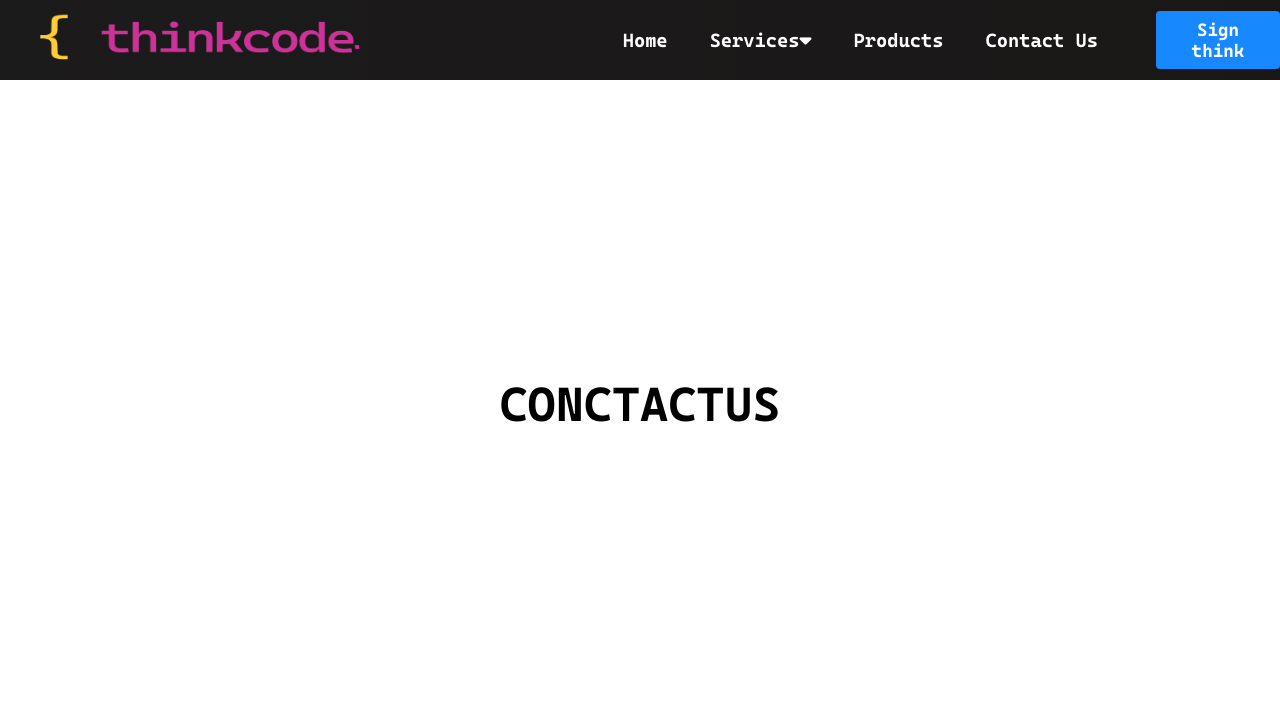
Repository: banchiec/thinkcode
Page: /contact-us
The author's editor kept a copy of each file at every save. The page is drawn from the files as they stood at one save, then again after the next save.
The browser window is 1280 px wide. The pictures show the whole page.
Some web libraries are served in a nearby version. The project was rebuilt for these pictures with package versions that can differ from the ones it lists, and the page was loaded fresh each time. A package was used in the major version that the imports need, not the one package.json lists. Also part of the build but not shown: src/components/MenuItems.js, src/components/Dropdownthink.css, src/components/Dropdownthink.js, src/components/pages/Consulting.js, src/components/pages/Home.js, src/components/pages/Marketing.js, src/components/pages/Products.js, src/components/pages/Services.js and 1 more.

Above is the page before, as saved 2020-11-25 13:47:58.

### public/index.html
<!DOCTYPE html>
<html lang="en">
  <head>
    <meta charset="utf-8" />
    <link rel="icon" href="%PUBLIC_URL%/favicon.ico" />
    <meta name="viewport" content="width=device-width, initial-scale=1" />
    <meta name="theme-color" content="#000000" />
    <meta
      name="description"
      content="Web site created using create-react-app"
    />
    <link rel="apple-touch-icon" href="%PUBLIC_URL%/logo192.png" />
    <script src="https://kit.fontawesome.com/e7a02c1b14.js" crossorigin="anonymous"></script>
    <!--
      manifest.json provides metadata used when your web app is installed on a
      user's mobile device or desktop. See https://developers.google.com/web/fundamentals/web-app-manifest/
    -->
    <link rel="manifest" href="%PUBLIC_URL%/manifest.json" />
    <!--
      Notice the use of %PUBLIC_URL% in the tags above.
      It will be replaced with the URL of the `public` folder during the build.
      Only files inside the `public` folder can be referenced from the HTML.

      Unlike "/favicon.ico" or "favicon.ico", "%PUBLIC_URL%/favicon.ico" will
      work correctly both with client-side routing and a non-root public URL.
      Learn how to configure a non-root public URL by running `npm run build`.
    -->
    <title>React App</title>
  </head>
  <body>
    <noscript>You need to enable JavaScript to run this app.</noscript>
    <div id="root"></div>
    <!--
      This HTML file is a template.
      If you open it directly in the browser, you will see an empty page.

      You can add webfonts, meta tags, or analytics to this file.
      The build step will place the bundled scripts into the <body> tag.

      To begin the development, run `npm start` or `yarn start`.
      To create a production bundle, use `npm run build` or `yarn build`.
    -->


  </body>
</html>

### src/index.css
body {
  margin: 0;
  font-family: -apple-system, BlinkMacSystemFont, 'Segoe UI', 'Roboto', 'Oxygen',
    'Ubuntu', 'Cantarell', 'Fira Sans', 'Droid Sans', 'Helvetica Neue',
    sans-serif;
  -webkit-font-smoothing: antialiased;
  -moz-osx-font-smoothing: grayscale;
}

code {
  font-family: source-code-pro, Menlo, Monaco, Consolas, 'Courier New',
    monospace;
}
@font-face{
  font-family: 'CascadiaCode-Bold';
  src: local('CascadiaCode-Bold'), url(./fonts/CascadiaCode-Bold.ttf)
}

### src/App.js
import './App.css';
// import logo_thinkcode from './logo_thinkcode.png'
import React, {useState} from 'react'
import Navbarthink from './components/Navbarthink'
import {BrowserRouter as Router, Switch, Route} from 'react-router-dom'

// import Button  from 'react-bootstrap/Button'
// import 'bootstrap/dist/css/bootstrap.min.css'

// import {Navbar,Button, Nav , NavLink} from 'react-bootstrap'

import Consulting from './components/pages/Consulting'
import ContactUs from './components/pages/ContactUs'
import Home from './components/pages/Home'
import Marketing from './components/pages/Marketing'
import Products from './components/pages/Products'
import Services from './components/pages/Services'
import SignUp from './components/pages/SignUp'

function App() {

  const [click, setClick] = useState(false)
  const [dropdown, setDropdown] = useState(false)




  return (
    <div className="App">
      <Router>
        <Navbarthink/>
        <Switch>
          <Route path='/consulting' exact component ={Consulting}></Route>
          <Route path='/contact-us' exact component ={ContactUs}></Route>
          <Route path='/' exact component ={Home}></Route>
          <Route path='/marketing' exact component ={Marketing}></Route>
          <Route path='/products' exact component ={Products}></Route>
          <Route path='/services' exact component ={Services}></Route>
          <Route path='/sign-up' exact component ={SignUp}></Route>
        </Switch>
      </Router>

      {/* <Navbar className="navbar_thinkcode "  expand="lg">
        <Navbar.Brand href ="#home">
          <img
            alt=""
            src={logo_thinkcode}
            className="d-inline-block align-top ml-4"
            width="320"
            height="50"
          />
        </Navbar.Brand>
        <Navbar.Toggle aria-controls="responsive-navbar-nav" ></Navbar.Toggle>

        <Navbar.Collapse id="responsive-navbar-nav" className="ml-5 ">
          <Nav className="collapse navbar-collapse">
            <NavLink className="enlace_navbar ">Páginas web</NavLink>
            <NavLink className="enlace_navbar">Desarrollo a medida</NavLink>
            <NavLink className="enlace_navbar">Portafolio</NavLink>
            <NavLink className="enlace_navbar">Contacto</NavLink>
          </Nav>
        </Navbar.Collapse>
        <Button variant="success">¿Hablamos?</Button>
      </Navbar> */}

      {/* <header className="App-header">
        <h1>thinkcode</h1>
        <Button>send up</Button>
      </header> */}
    </div>
  );
}

export default App;

### src/App.css
*{
  box-sizing: border-box;
  margin: 0;
  padding: 0;
  font-family: CascadiaCode-Bold;
}
.App {
  text-align: center;
}

.App-logo {
  height: 40vmin;
  pointer-events: none;
}

.home, .services, .products,.contact-us,.sign-up, .marketing, .consulting{
  display: flex;
  height: 90vh;
  align-items: center;
  justify-content: center;
  font-size: 3rem;
}





@media (prefers-reduced-motion: no-preference) {
  .App-logo {
    animation: App-logo-spin infinite 20s linear;
  }
}

.App-header {
  background-color: #282c34;
  min-height: 100vh;
  display: flex;
  flex-direction: column;
  align-items: center;
  justify-content: center;
  font-size: calc(10px + 2vmin);
  color: white;
}

.App-link {
  color: #61dafb;
}

@keyframes App-logo-spin {
  from {
    transform: rotate(0deg);
  }
  to {
    transform: rotate(360deg);
  }
}

### src/components/Navbarthink.js
import React, { useState} from 'react'
import logo_thinkcode from '../images/logo_thinkcode.png'
// import logo_thinkcode from '../images/logo_thinkcode.png'
import { Buttonthink} from './Buttonthink'
import {Link} from 'react-router-dom'
import './Navbarthink.css'
import Dropdownthink from './Dropdownthink'

export default function Navbarthink(){
    const [click, setClick] = useState(false)
    const [dropdown, setDropdown] = useState(false)

    const handleClick = () => setClick(!click)
    const closeMobileMenu = () => setClick(false)

    const onMouseEnter = () =>{
        if(window.innerWidth < 960) {
        setDropdown(false)
        } else {
        setDropdown(true)
        }
    }
    const onMouseLeave = () =>{
        if(window.innerWidth < 960) {
        setDropdown(false)
        } else {
        setDropdown(false)
        }
    }

    return(
        <>
            <nav className="navbarthink">
                <Link to='/' className="navbar-logo">
                    {/* thinkcode */}
                    <img alt="" src={logo_thinkcode} width="320" height="50"></img>
                </Link>
                <div className='menu-icon' onClick={handleClick}>
                    <i className={click ? 'fas fa-times' : 'fas fa-bars'}
                    />
                </div>
                <ul className={ click ? 'nav-menu active' : 'nav-menu'}>

                    <li className='nav-item'>
                        <Link to='/' className='nav-links' onClick={closeMobileMenu}>
                            Home
                        </Link>
                    </li>
                    <li className='nav-item'
                        onMouseEnter={onMouseEnter}
                        onMouseLeave={onMouseLeave}
                        // onClick={handleClick}
                        >
                        <Link to='/services' className='nav-links' onClick={closeMobileMenu}>
                           Services
                           <i className='fas fa-caret-down' />
                        </Link>
                        {dropdown && <Dropdownthink/>}
                    </li>
                    <li className='nav-item'>
                        <Link to='/products' className='nav-links' onClick={closeMobileMenu}>
                            Products
                        </Link>
                    </li>
                    <li className='nav-item'>
                        <Link to='/contact-us' className='nav-links' onClick={closeMobileMenu}>
                           Contact Us
                        </Link>
                    </li>
                    <li className='nav-item'>
                        <Link to='/sign-up' className='nav-links-mobile' onClick={closeMobileMenu}>
                           Sign up
                        </Link>
                    </li>

                </ul>
                <Buttonthink/>
            </nav>
        </>
    )

}

### src/components/pages/ContactUs.js
import React from 'react'

export default function ContactUs() {
    return (
        <div>
           <h1 className='consulting'>CONCTACTUS</h1>
        </div>
    )
}

### src/components/Buttonthink.js
import React  from 'react'
import './Buttonthink.css'
import {Link} from 'react-router-dom'

export function Buttonthink() {
        return (
            <Link to ='sing-up'>
               <button className='btnthink'>Sign think </button>
            </Link>
        )
}

### src/components/Navbarthink.css
.navbarthink{
  background: linear-gradient(90deg, rgb(28, 27, 27) 0%, rgb(26, 23, 23) 100%);
  height: 80px;
  display: flex;
  justify-content: center;
  align-items: center;
  font-size: 1.2rem;
}

.navbar-logo {
  color: #fff;
  justify-self: start;
  margin-left: 40px;
  cursor: pointer;
  text-decoration: none;
}

.fa-firstdraft {
  margin-left: 0.5rem;
  font-size: 1.6rem;
}

.nav-menu {
  display: grid;
  grid-template-columns: repeat(5, auto);
  grid-gap: 10px;
  list-style: none;
  text-align: center;
  width: 70vw;
  justify-content: end;
  margin-right: 2rem;
}

.nav-item {
  display: flex;
  align-items: center;
  height: 80px;
}

.nav-links {
  color: white;
  text-decoration: none;
  padding: 0.5rem 1rem;
}

.nav-links:hover {
  background-color: #1888ff;
  border-radius: 4px;
  transition: all 0.2s ease-out;
}

.fa-bars {
  color: #fff;
}

.nav-links-mobile {
  display: none;
}

.menu-icon {
  display: none;
}

@media screen and (max-width: 960px) {
  .NavbarItems {
    position: relative;
  }

  .nav-menu {
    display: flex;
    flex-direction: column;
    width: 100%;
    height: 90vh;
    position: absolute;
    top: 80px;
    left: -100%;
    opacity: 1;
    transition: all 0.5s ease;
  }

  .nav-menu.active {
    background: #242222;
    left: 0;
    opacity: 1;
    transition: all 0.5s ease;
    z-index: 1;
  }

  .nav-links {
    text-align: center;
    padding: 2rem;
    width: 100%;
    display: table;
  }

  .nav-links:hover {
    background-color: #1888ff;
    border-radius: 0;
  }

  .navbar-logo {
    position: absolute;
    top: 0;
    left: 0;
    transform: translate(25%, 50%);
  }

  .menu-icon {
    display: block;
    position: absolute;
    top: 0;
    right: 0;
    transform: translate(-100%, 60%);
    font-size: 1.8rem;
    cursor: pointer;
  }

  .fa-times {
    color: #fff;
    font-size: 2rem;
  }

  .nav-links-mobile {
    display: block;
    text-align: center;
    padding: 1.5rem;
    margin: 2rem auto;
    border-radius: 4px;
    width: 80%;
    background: #1888ff;
    text-decoration: none;
    color: #fff;
    font-size: 1.5rem;
  }

  .nav-links-mobile:hover {
    background: #fff;
    color: #1888ff;
    transition: 250ms;
  }

  button {
    display: none;
  }
}

### src/components/Buttonthink.css
:root{
    --primary: #1888ff;
}
.btnthink{
    padding: 8px 20px;
    border-radius: 4px;
    outline: none;
    border: none;
    font-size: 18px;
    color: #fff;
    cursor: pointer;
    background-color: var(--primary);
}
.btnthink:hover {
    padding: 6px 18px;
    transition: all 0.3s ease-out;
    background-color: transparent;
    color: #fff;
    border-radius: 4px;
    border: 2px solid var(--primary)
}

Loaded but not shown: src/index.js (common file); src/reportWebVitals.js (common file)

After the next save:
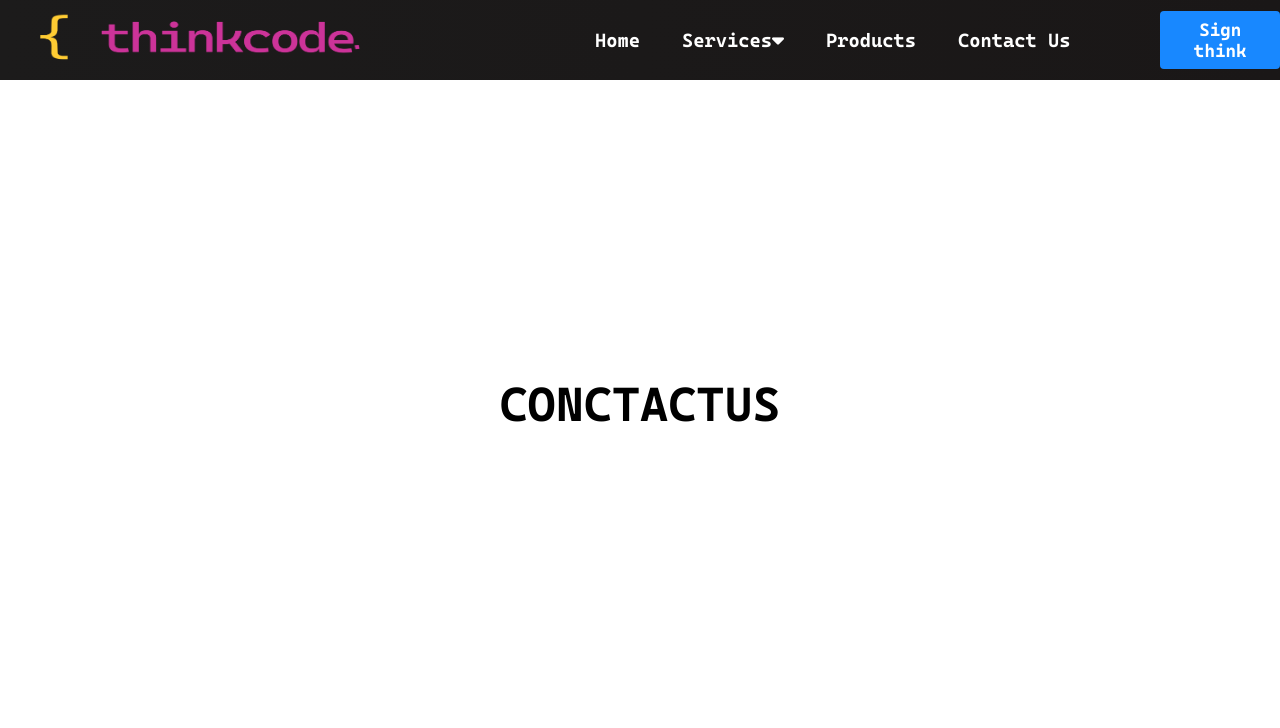
Saved 37 s later.
--- a/src/components/Navbarthink.css
+++ b/src/components/Navbarthink.css
@@ -28,7 +28,7 @@
   text-align: center;
   width: 70vw;
   justify-content: end;
-  margin-right: 2rem;
+  margin-right: 4rem;
 }
 
 .nav-item {

After the save that followed:
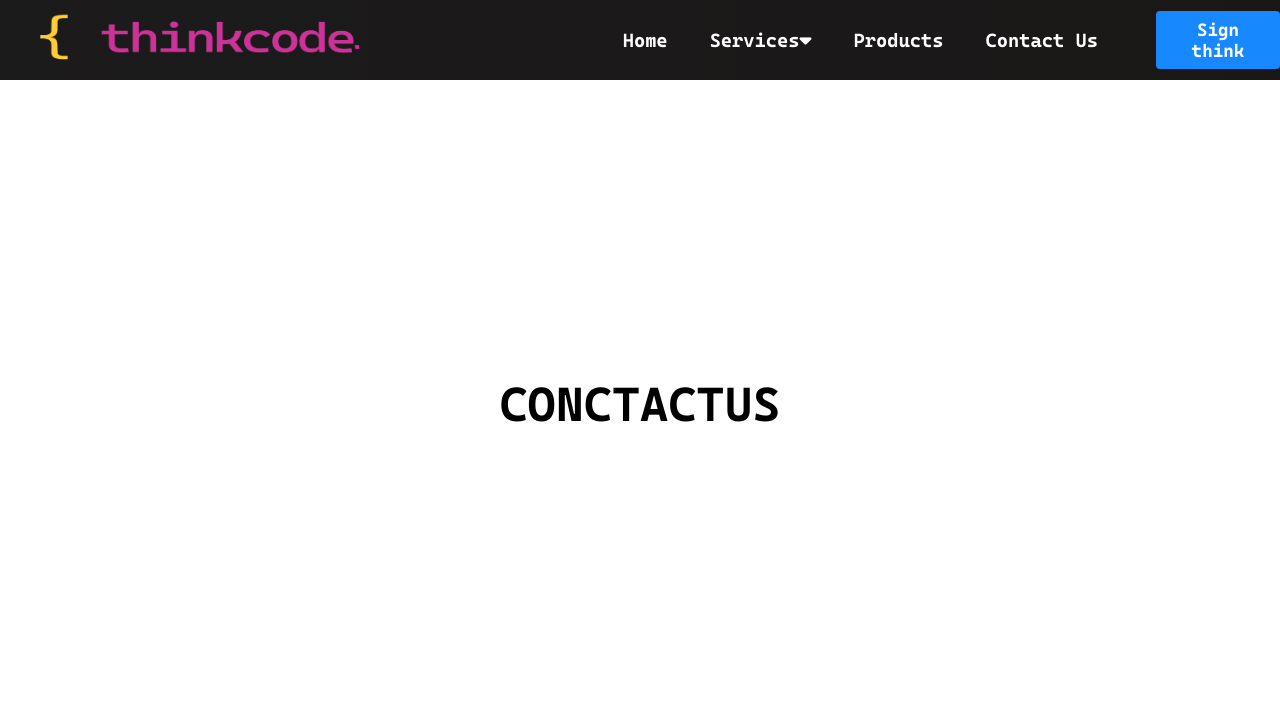
Saved 7 s later.
--- a/src/components/Navbarthink.css
+++ b/src/components/Navbarthink.css
@@ -28,7 +28,7 @@
   text-align: center;
   width: 70vw;
   justify-content: end;
-  margin-right: 4rem;
+  margin-right: 2rem;
 }
 
 .nav-item {
